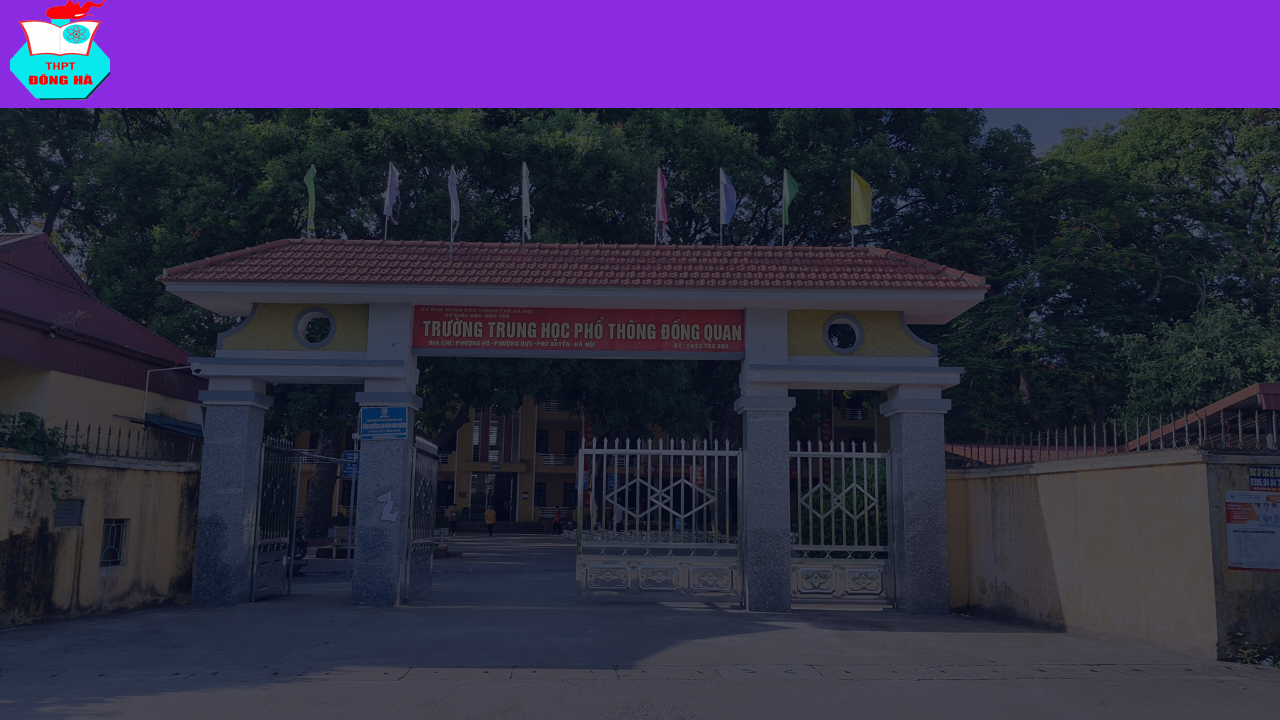
Repository: tung1233hhhhhhhhhhhhh/login-demo
Page: index.html
An editor plug-in stored every save of this project. The page is shown before and after the next save, followed by the edit.
The browser window is 1280 px wide. The pictures show the whole page.

Above is the page before, as saved 2023-02-07 21:51:04.

After the next save:
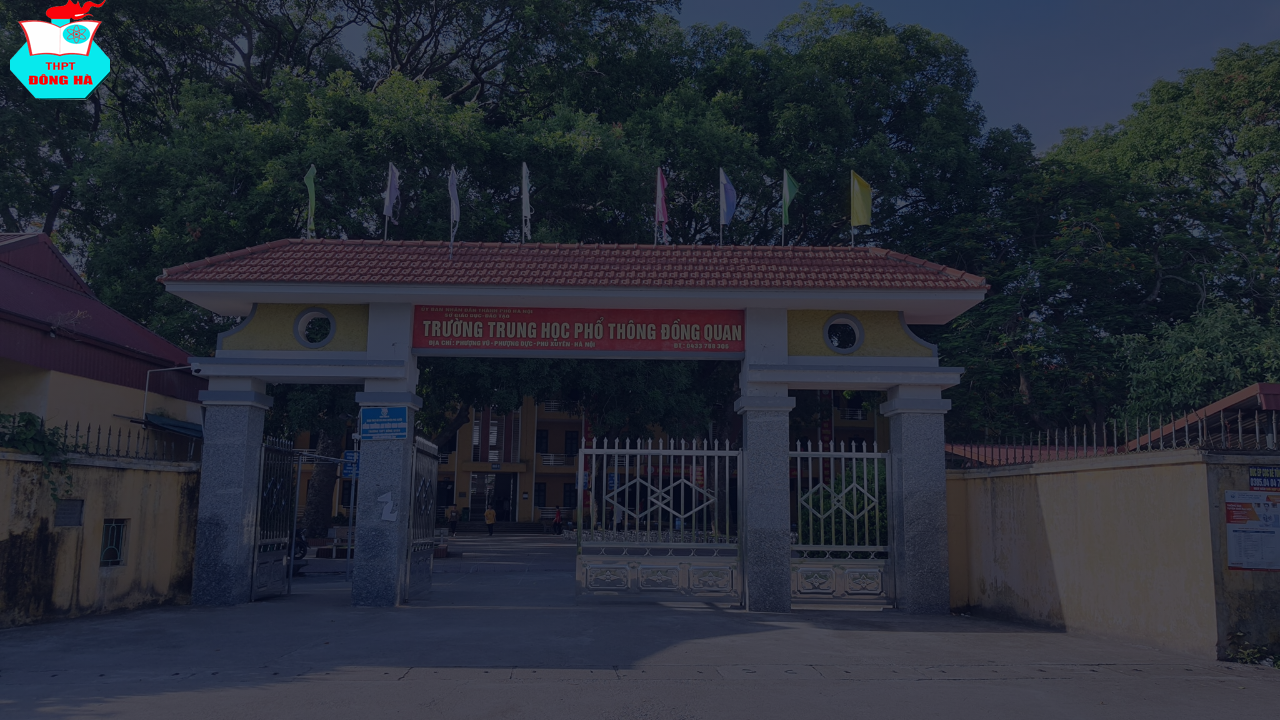
Saved 5 s later.
--- a/main.css
+++ b/main.css
@@ -15,7 +15,7 @@
 }
 
 .main .nav {
-    background-color: blueviolet;
+    /* background-color: blueviolet; */
     width: 100%;
     height: 15vh;
     position: relative;
